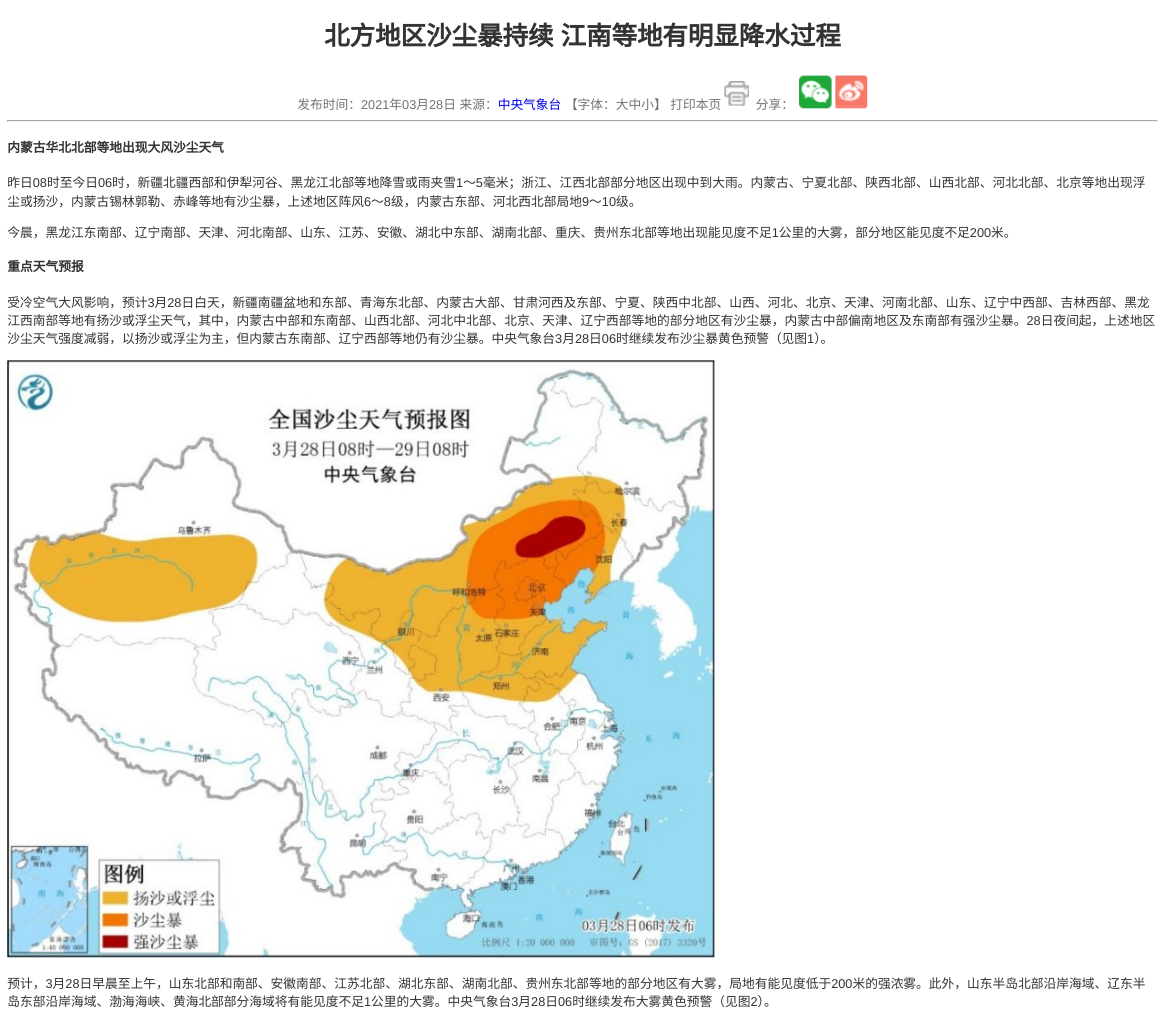
Repository: zhengdeya/web-based
Page: 16-新闻页面/index.html
These files come from the project's save history. The page is drawn as it stood at one moment and after the next save; the edit follows.
The browser window is 1280 px wide. The pictures show the whole page, at 91% of full size.

Above is the page before, as saved 2021-03-28 16:24:23.

After the next save:
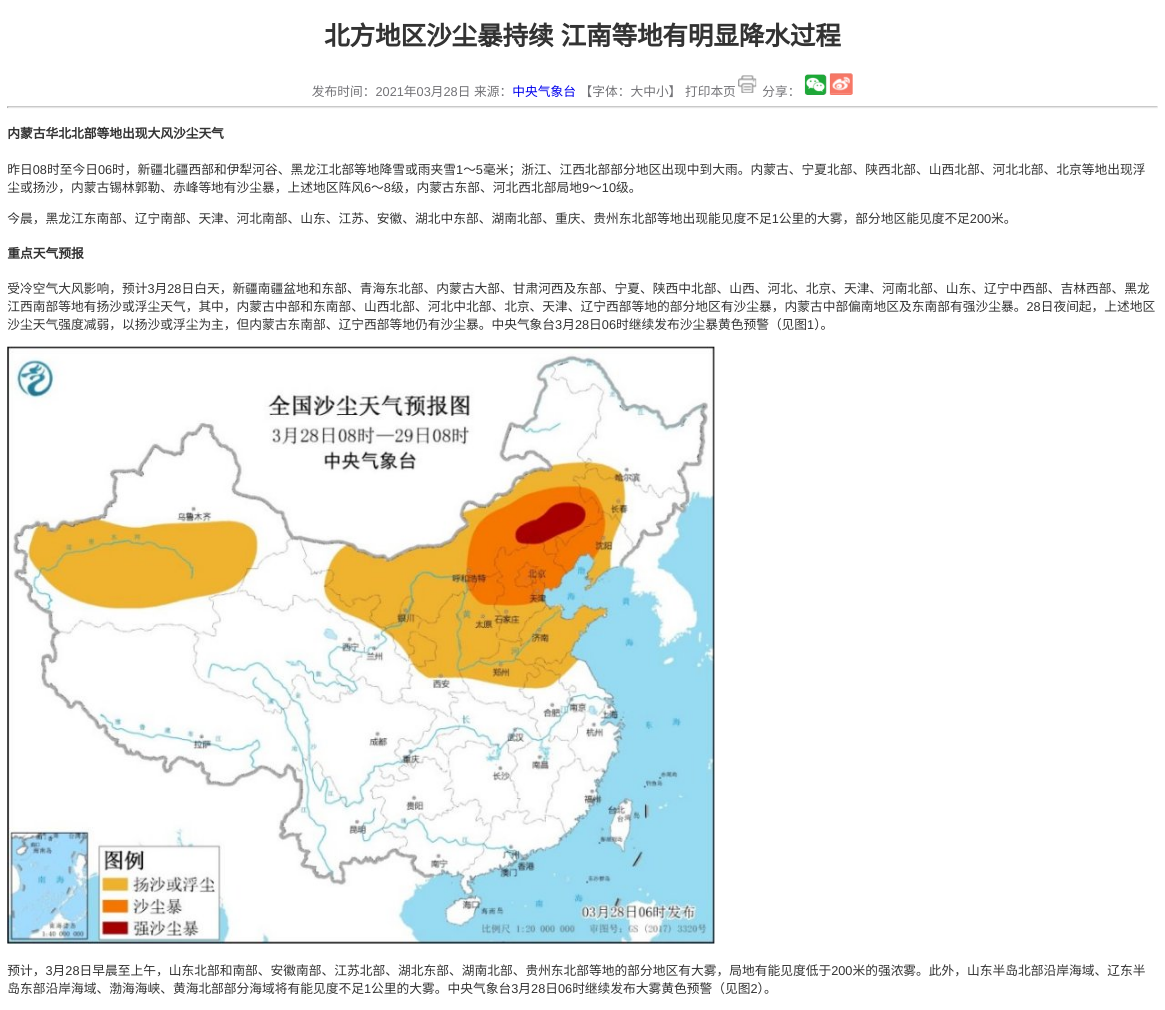
Saved 30 s later.
--- a/16-新闻页面/style.css
+++ b/16-新闻页面/style.css
@@ -24,3 +24,7 @@ a {
     /* 取消下划线 */
     text-decoration: none;
 }
+.smallimg {
+    width: 25px;
+    height: 25px;
+}
